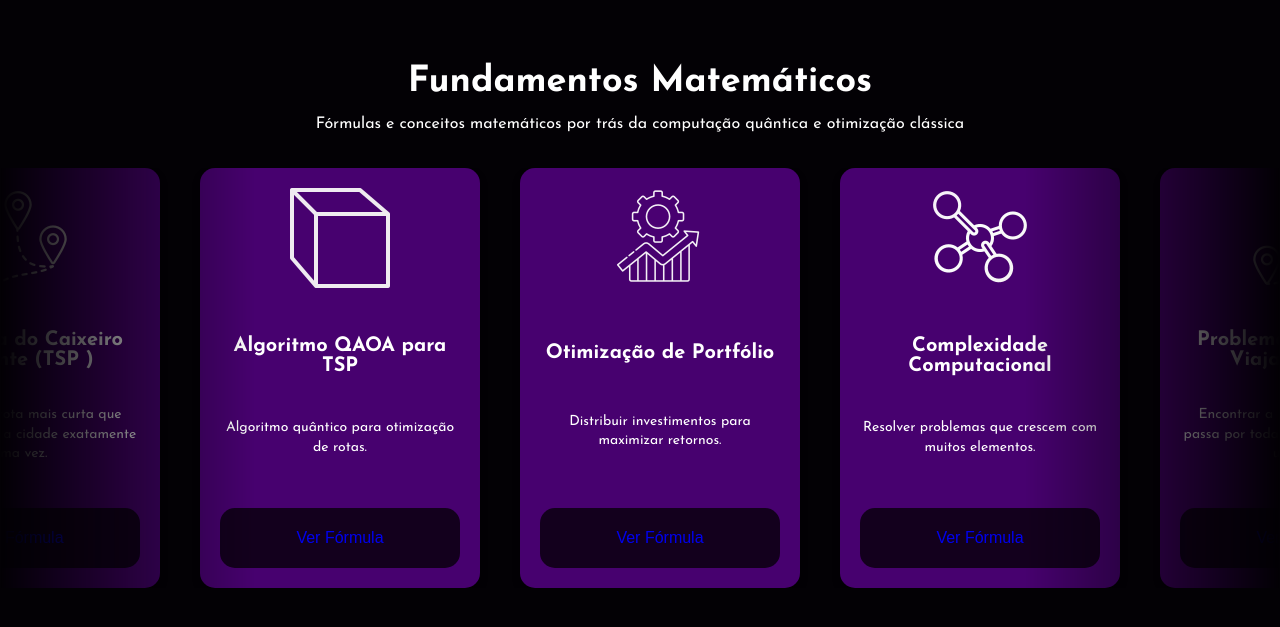
Repository: Everson9/Projeto-de-escalabilidade-quantica-definitivo
Page: fundamentos.html
An editor plug-in stored every save of this project. The page is shown before and after the next save, followed by the edit.
The browser window is 1280 px wide. The pictures show the whole page.

Above is the page before, as saved 2025-10-01 11:51:09.

After the next save:
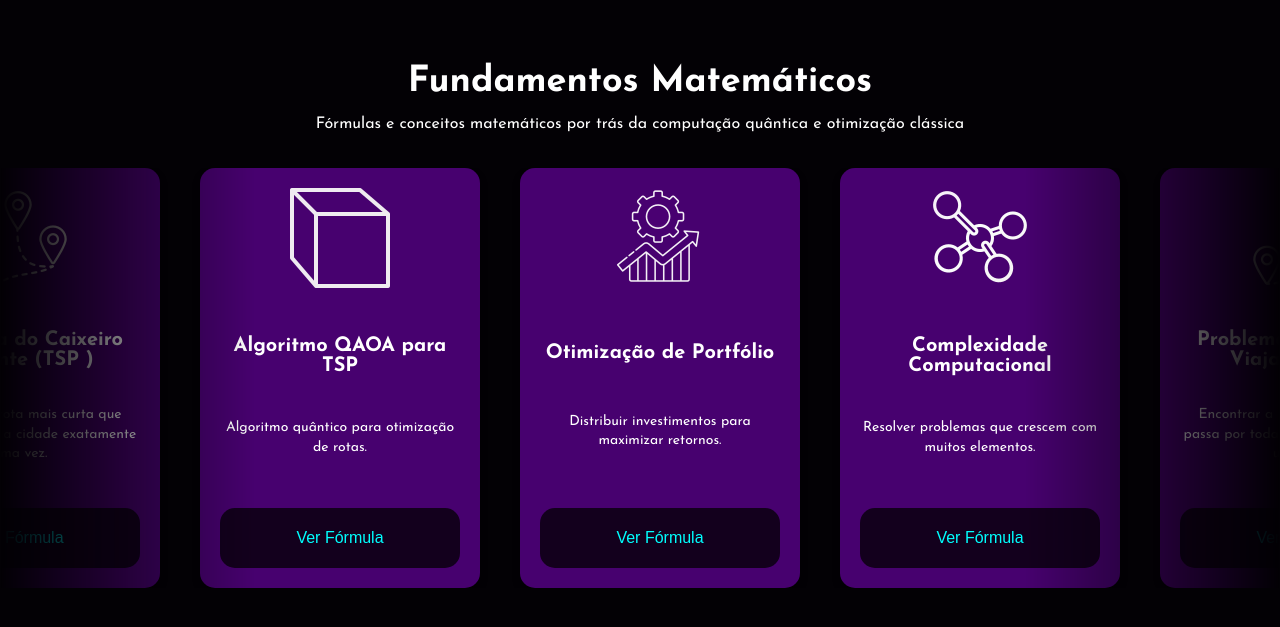
Saved 65 s later.
--- a/fundamentos.css
+++ b/fundamentos.css
@@ -81,7 +81,7 @@
 
 .button a {
     text-decoration: none;
-    color: ; /* Para garantir que a cor do link herde a cor do botão */
+    color: aqua; /* Para garantir que a cor do link herde a cor do botão */
 }
 
 /* --- Novas Classes para o Carrossel --- */

After the save that followed:
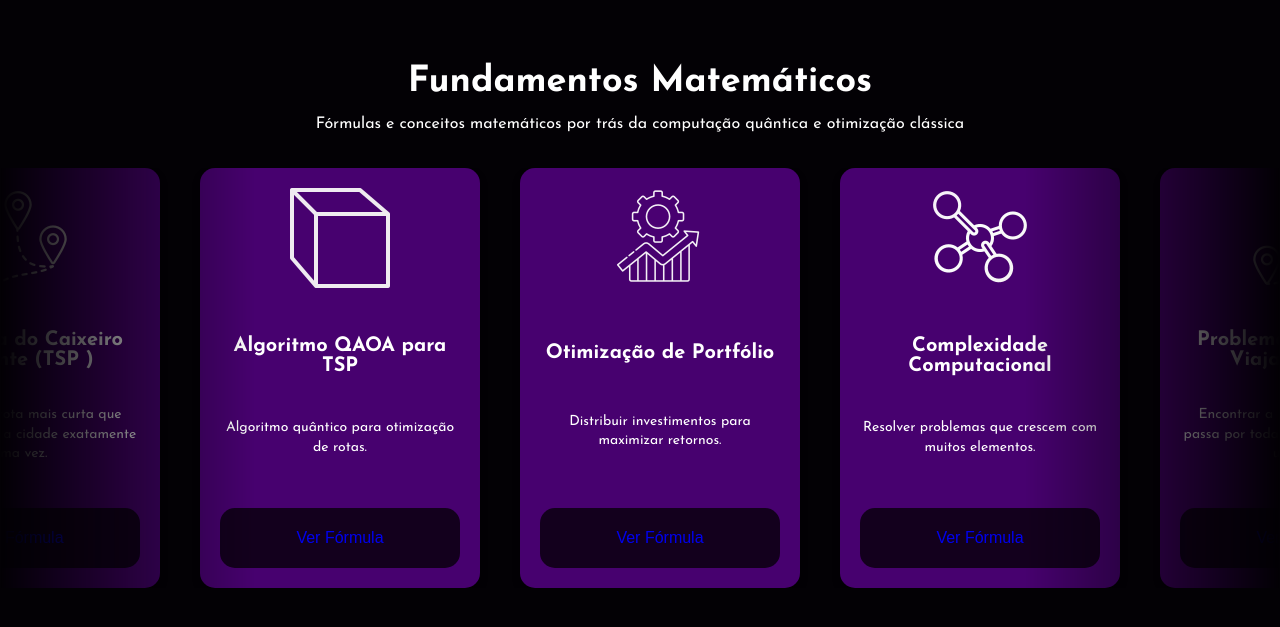
Saved 6 s later.
--- a/fundamentos.css
+++ b/fundamentos.css
@@ -81,7 +81,7 @@
 
 .button a {
     text-decoration: none;
-    color: aqua; /* Para garantir que a cor do link herde a cor do botão */
+    color: ; /* Para garantir que a cor do link herde a cor do botão */
 }
 
 /* --- Novas Classes para o Carrossel --- */
